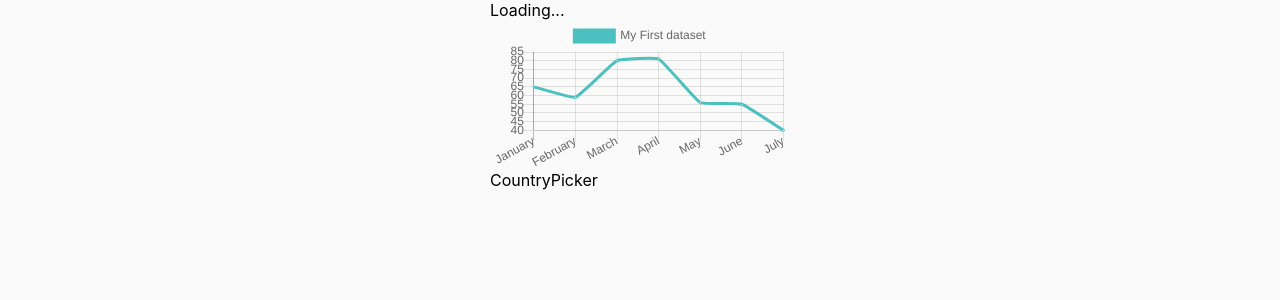
Repository: ranausama48/covid-tracker
Page: /
The author's editor kept a copy of each file at every save. The page is drawn from the files as they stood at one save, then again after the next save.
The browser window is 1280 px wide. The pictures show the whole page.
The page's requests for data from a server got no answer. The project was rebuilt for these pictures with package versions that can differ from the ones it lists, and the page was loaded fresh each time. No one was signed in, and anything a server would have sent is missing. Also part of the build but not shown: src/components/Cards/Cards.jsx.

Above is the page before, as saved 2020-07-05 19:15:23.

### public/index.html
<!DOCTYPE html>
<html lang="en">
  <head>
    <meta charset="utf-8" />
    <link rel="icon" href="%PUBLIC_URL%/favicon.ico" />
    <meta name="viewport" content="width=device-width, initial-scale=1" />
    <meta name="theme-color" content="#000000" />
    <meta
      name="description"
      content="Web site created using create-react-app"
    />
    <!-- @material Ui links -->
    <link
      rel="stylesheet"
      href="https://fonts.googleapis.com/css?family=Roboto:300,400,500,700&display=swap"
    />
    <link
      rel="stylesheet"
      href="https://fonts.googleapis.com/icon?family=Material+Icons"
    />

    <link rel="apple-touch-icon" href="%PUBLIC_URL%/logo192.png" />
    <!--
      manifest.json provides metadata used when your web app is installed on a
      user's mobile device or desktop. See https://developers.google.com/web/fundamentals/web-app-manifest/
    -->
    <link rel="manifest" href="%PUBLIC_URL%/manifest.json" />
    <!--
      Notice the use of %PUBLIC_URL% in the tags above.
      It will be replaced with the URL of the `public` folder during the build.
      Only files inside the `public` folder can be referenced from the HTML.

      Unlike "/favicon.ico" or "favicon.ico", "%PUBLIC_URL%/favicon.ico" will
      work correctly both with client-side routing and a non-root public URL.
      Learn how to configure a non-root public URL by running `npm run build`.
    -->
    <title>React App</title>
  </head>
  <body>
    <noscript>You need to enable JavaScript to run this app.</noscript>
    <div id="root"></div>
    <!--
      This HTML file is a template.
      If you open it directly in the browser, you will see an empty page.

      You can add webfonts, meta tags, or analytics to this file.
      The build step will place the bundled scripts into the <body> tag.

      To begin the development, run `npm start` or `yarn start`.
      To create a production bundle, use `npm run build` or `yarn build`.
    -->
  </body>
</html>

### src/App.js
import React, { useEffect, useState } from "react";
import Cards from "./components/Cards/Cards";
import Charts from "./components/Charts/Charts";
import CountryPicker from "./components/CountryPicker/CountryPicker";
import { fetchData } from "./api";

import "./App.css";

function App() {
  const [state, setstate] = useState({ data: {} });
  useEffect(() => {
    async function getData() {
      const data = await fetchData();
      setstate({ data });
    }
    getData();
  }, []);
  const { data } = state;

  return (
    <div className="container">
      <div>
        <Cards data={data} />
        <Charts />
        <CountryPicker />
      </div>
    </div>
  );
}

export default App;

### src/components/Charts/Charts.jsx
import React from "react";
import { Line } from "react-chartjs-2";

const data = {
  labels: ["January", "February", "March", "April", "May", "June", "July"],
  datasets: [
    {
      label: "My First dataset",
      fill: false,
      lineTension: 0.1,
      backgroundColor: "rgba(75,192,192,0.4)",
      borderColor: "rgba(75,192,192,1)",
      borderCapStyle: "butt",
      borderDash: [],
      borderDashOffset: 0.0,
      borderJoinStyle: "miter",
      pointBorderColor: "rgba(75,192,192,1)",
      pointBackgroundColor: "#fff",
      pointBorderWidth: 1,
      pointHoverRadius: 5,
      pointHoverBackgroundColor: "rgba(75,192,192,1)",
      pointHoverBorderColor: "rgba(220,220,220,1)",
      pointHoverBorderWidth: 2,
      pointRadius: 1,
      pointHitRadius: 10,
      data: [65, 59, 80, 81, 56, 55, 40],
    },
  ],
};
const Charts = () => {
  return (
    <div>
      <Line data={data} />
    </div>
  );
};

export default Charts;

### src/components/CountryPicker/CountryPicker.jsx
import React from "react";

const CountryPicker = () => {
  return <div>CountryPicker</div>;
};

export default CountryPicker;

### src/api/index.js
import axios from "axios";
const url = "https://covid19.mathdro.id/api";
export const fetchData = async () => {
  try {
    const { data } = await axios.get(url);
    const { confirmed, recovered, deaths, lastUpdate } = data;
    return {
      confirmed,
      recovered,
      deaths,
      lastUpdate,
    };
  } catch (error) {
    return error;
  }
};

### src/App.css
body {
  background-color: rgba(250, 250, 250);
}
.container {
  display: flex;
  justify-content: center;
  align-items: center;
}

Loaded but not shown: src/index.js (common file); src/index.css (common file); src/serviceWorker.js (common file)

After the next save:
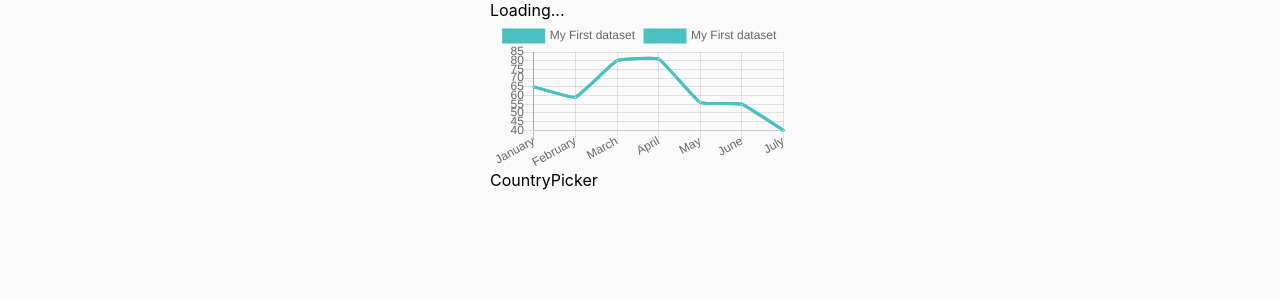
Saved 66 s later.
--- a/src/components/Charts/Charts.jsx
+++ b/src/components/Charts/Charts.jsx
@@ -4,6 +4,27 @@ import { Line } from "react-chartjs-2";
 const data = {
   labels: ["January", "February", "March", "April", "May", "June", "July"],
   datasets: [
+    {
+      label: "My First dataset",
+      fill: false,
+      lineTension: 0.1,
+      backgroundColor: "rgba(75,192,192,0.4)",
+      borderColor: "rgba(75,192,192,1)",
+      borderCapStyle: "butt",
+      borderDash: [],
+      borderDashOffset: 0.0,
+      borderJoinStyle: "miter",
+      pointBorderColor: "rgba(75,192,192,1)",
+      pointBackgroundColor: "#fff",
+      pointBorderWidth: 1,
+      pointHoverRadius: 5,
+      pointHoverBackgroundColor: "rgba(75,192,192,1)",
+      pointHoverBorderColor: "rgba(220,220,220,1)",
+      pointHoverBorderWidth: 2,
+      pointRadius: 1,
+      pointHitRadius: 10,
+      data: [65, 59, 80, 81, 56, 55, 40],
+    },
     {
       label: "My First dataset",
       fill: false,
